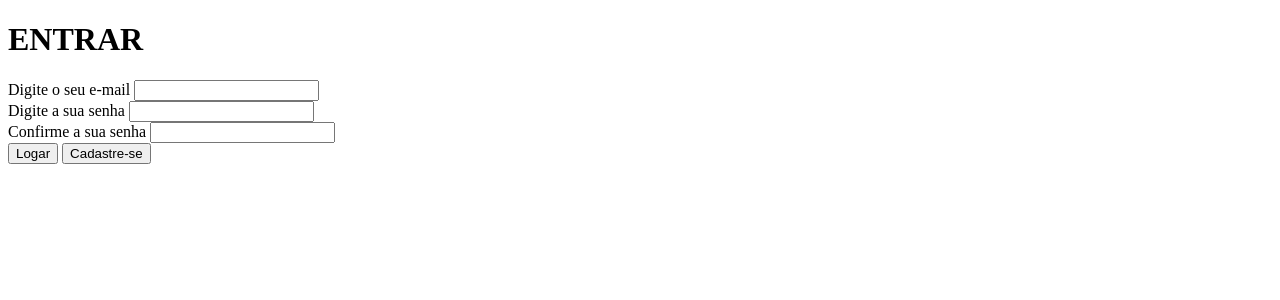
Repository: leviviana21/Java-web-login
Page: http://localhost/conexao_bd/
The author's editor kept a copy of each file at every save. The page is drawn from the files as they stood at one save, then again after the next save.
The browser window is 1280 px wide. The pictures show the whole page.
The page is served by Tomcat 9. Other server files are loaded and not shown.

Above is the page before, as saved 2025-06-19 22:55:08.

### conexao_bd/src/main/webapp/index.jsp
<%@ page language="java" contentType="text/html; charset=UTF-8"
    pageEncoding="UTF-8"%>
<!DOCTYPE html>
<html>
<head>
<meta charset="UTF-8">
<title>Insert title here</title>
</head>
<body>

<%
	if(request.getAttribute("error") != null){
%>
	<p><% out.print(request.getAttribute("msg").toString()); %></p>
<%
	}
%>

	<h1>ENTRAR</h1>
		<form action="cadastro" method="post">
			<label>Digite o seu e-mail</label>
			<input type="email" name="txtEmail">
			<br>
			<label>Digite a sua senha</label>
			<input type="password" name="txtSenha">
			<br>
        	<label>Confirme a sua senha</label>
			<input type="password" name="txtSenhaConfirmacao">
			<br>
			<input type="submit" value="Logar">
			<input type="submit" value="Cadastre-se">
		</form>

</body>
</html>

After the next save:
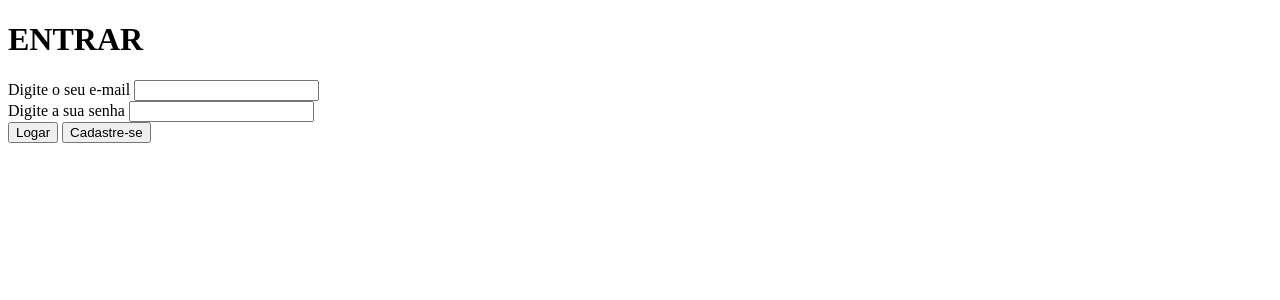
Saved 14 s later.
--- a/conexao_bd/src/main/webapp/index.jsp
+++ b/conexao_bd/src/main/webapp/index.jsp
@@ -24,9 +24,6 @@
 			<label>Digite a sua senha</label>
 			<input type="password" name="txtSenha">
 			<br>
-        	<label>Confirme a sua senha</label>
-			<input type="password" name="txtSenhaConfirmacao">
-			<br>
 			<input type="submit" value="Logar">
 			<input type="submit" value="Cadastre-se">
 		</form>
